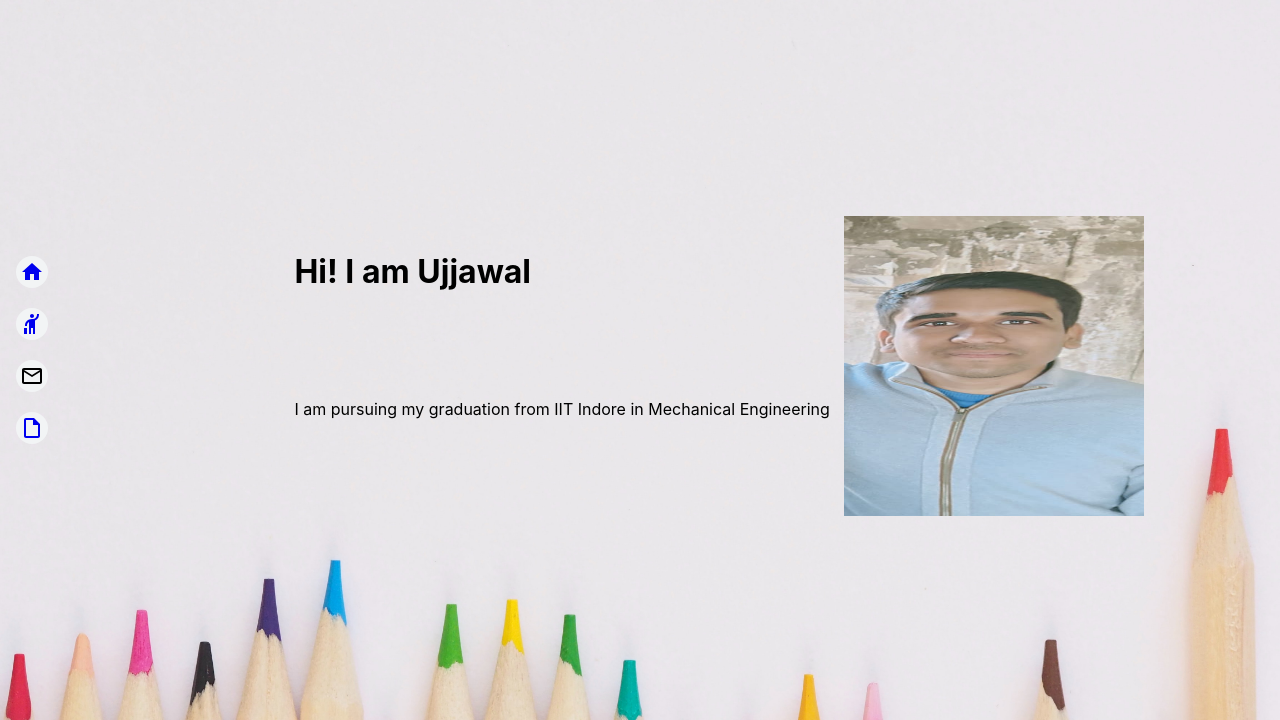
Repository: ujjawalmittal55/portfolio1
Page: /about
An editor plug-in stored every save of this project. The page is shown before and after the next save, followed by the edit.
The browser window is 1280 px wide. The pictures show the whole page.
The project was rebuilt for these pictures with package versions that can differ from the ones it lists, and the page was loaded fresh each time. Also part of the build but not shown: src/display.css, src/Display.tsx, src/Document.jsx.

Above is the page before, as saved 2022-05-06 17:38:22.

### public/index.html
<!DOCTYPE html>
<html lang="en">
  <head>

    <style>
      @import url('https://fonts.googleapis.com/css2?family=Montserrat:ital,wght@0,100;1,100&family=Source+Code+Pro:wght@300&display=swap');
    </style>
    <meta charset="utf-8" />
    <link rel="icon" href="%PUBLIC_URL%/favicon.ico" />
    <meta name="viewport" content="width=device-width, initial-scale=1" />
    <meta name="theme-color" content="#000000" />
    <meta
      name="description"
      content="Web site created using create-react-app"
    />
    <link rel="apple-touch-icon" href="%PUBLIC_URL%/logo192.png" />
    <!--
      manifest.json provides metadata used when your web app is installed on a
      user's mobile device or desktop. See https://developers.google.com/web/fundamentals/web-app-manifest/
    -->
    <link rel="manifest" href="%PUBLIC_URL%/manifest.json" />
    <!--
      Notice the use of %PUBLIC_URL% in the tags above.
      It will be replaced with the URL of the `public` folder during the build.
      Only files inside the `public` folder can be referenced from the HTML.

      Unlike "/favicon.ico" or "favicon.ico", "%PUBLIC_URL%/favicon.ico" will
      work correctly both with client-side routing and a non-root public URL.
      Learn how to configure a non-root public URL by running `npm run build`.
    -->
    <title>React App</title>
  </head>
  <body>
    <noscript>You need to enable JavaScript to run this app.</noscript>
    <div id="root"></div>
    <!--
      This HTML file is a template.
      If you open it directly in the browser, you will see an empty page.

      You can add webfonts, meta tags, or analytics to this file.
      The build step will place the bundled scripts into the <body> tag.

      To begin the development, run `npm start` or `yarn start`.
      To create a production bundle, use `npm run build` or `yarn build`.
    -->
  </body>
</html>

### src/index.tsx
import React from "react";
import ReactDOM from "react-dom/client";
import "./index.css";
import App from "./App";
import Portfolio from "./Portfolio";
import SideBar from "./SideBar";

import reportWebVitals from "./reportWebVitals";
import { BrowserRouter } from "react-router-dom";

const rootElement = document.getElementById("root");
if (!rootElement) throw new Error("Failed to find the root element");
const root = ReactDOM.createRoot(rootElement);
root.render(
  <React.StrictMode>
    <BrowserRouter>
      <Portfolio />
    </BrowserRouter>
  </React.StrictMode>
);

// If you want to start measuring performance in your app, pass a function
// to log results (for example: reportWebVitals(console.log))
// or send to an analytics endpoint. Learn more: https://bit.ly/CRA-vitals
reportWebVitals();

### src/Portfolio.tsx
import React, { Component } from "react";
import { BrowserRouter, Route, Link, Routes } from "react-router-dom";
import Display from "./Display";
import "./homepage.css";
import SideBar from "./SideBar";
import About from "./About";
import Document from "./Document";
function Portfolio() {
  return (
    <div className="Home">
      <div className="sidebar">
        <SideBar />
      </div>
      <div className="main_content">
        <Routes>
          <Route path="/" element={<Display />} />
          <Route path="/about" element={<About />} />
          <Route path="/contact" element={<Display />} />
          <Route path="/projects" element={<Display />} />
          <Route path="/resume" element={<Document />} />
        </Routes>
      </div>
    </div>
  );
}

export default Portfolio;

### src/homepage.css
.Home {
  background-image: url("/public/bg.jpg");
  background-size: cover;
  background-repeat: no-repeat;
  display: flex;
}
.main_content {
  flex: 1;
}

### src/SideBar.tsx
import React from "react";
import {
  BrowserRouter as Router,
  Route,
  Link,
  useParams,
  NavLink,
} from "react-router-dom";

import "./sidebar.css";
import HomeIcon from "@mui/icons-material/Home";
import HailIcon from "@mui/icons-material/Hail";
import InsertDriveFileOutlinedIcon from "@mui/icons-material/InsertDriveFileOutlined";
import EmailOutlinedIcon from "@mui/icons-material/EmailOutlined";

function SideBar() {
  return (
    <div>
      <div className="sidebar">
        <ul className="sidebar-items">
          <li className="list">
            <Link to="/">
              <div className="list-div">
                <HomeIcon>home</HomeIcon>
              </div>
            </Link>
          </li>
          <Link to="/about">
            <li className="list">
              <div className="list-div">
                <HailIcon>home</HailIcon>
              </div>
            </li>
          </Link>

          <li className="list">
            <div className="list-div">
              <EmailOutlinedIcon>home</EmailOutlinedIcon>
            </div>
          </li>
          <Link to="/resume">
            <li className="list">
              <div className="list-div">
                <InsertDriveFileOutlinedIcon>home</InsertDriveFileOutlinedIcon>
              </div>
            </li>
          </Link>
        </ul>
      </div>
    </div>
  );
}

export default SideBar;

### src/About.jsx
import React from "react";
import "./about.css";
function About() {
  return (
    <div className="about">
      <div className="details ">
        <h1>Hi! I am Ujjawal</h1>
        <p>
          I am pursuing my graduation from IIT Indore in Mechanical Engineering
        </p>
      </div>
      <div>
        <img src="/my.jpeg" width="300" height="300" />
      </div>
    </div>
  );
}

export default About;

### src/sidebar.css
.sidebar {
  height: 100%;
  /* background-color: rgb(221, 195, 195) */
}
.sidebar {
  height: 100vh;
  display: grid;
  align-items: center;
  text-align: center;
  text-decoration: none;
}
.sidebar-items {
  padding: 0;
  margin: 1em;
}

.list {
  font-size: 1em;
  margin-bottom: 1.25em;
  list-style-type: none;
  text-align: center;
  text-decoration: none;
  padding: auto;
}

.list-div:hover {
  text-decoration: underline;
  transform: scale(1.25);
  background-color: rgb(126, 128, 247);
}

.list-div {
  display: flex;
  justify-content: center;
  align-items: center;
  text-align: center;
  height: 2em;
  width: 2em;
  background-color: rgb(242, 244, 245);
  border-radius: 50%;
  transition-duration: 0.5s;
}

### src/about.css
.about {
  margin-left: 30vh;
  margin-top: 30vh;
  display: flex;
  flex-direction: row;
}
.details {
  margin: 2vh;
  display: grid;
}

Loaded but not shown: src/index.css (common file); src/reportWebVitals.js (common file)

After the next save:
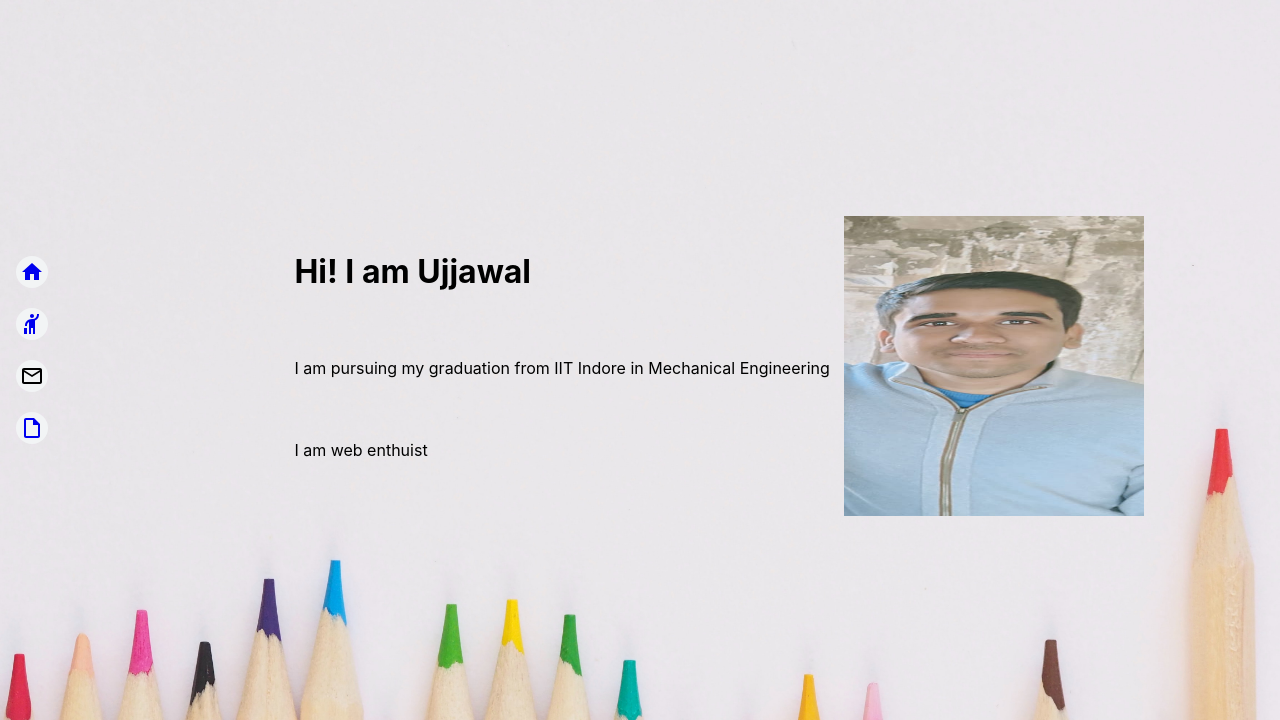
Saved 29 s later.
--- a/src/About.jsx
+++ b/src/About.jsx
@@ -8,6 +8,7 @@ function About() {
         <p>
           I am pursuing my graduation from IIT Indore in Mechanical Engineering
         </p>
+        <p>I am web enthuist</p>
       </div>
       <div>
         <img src="/my.jpeg" width="300" height="300" />
